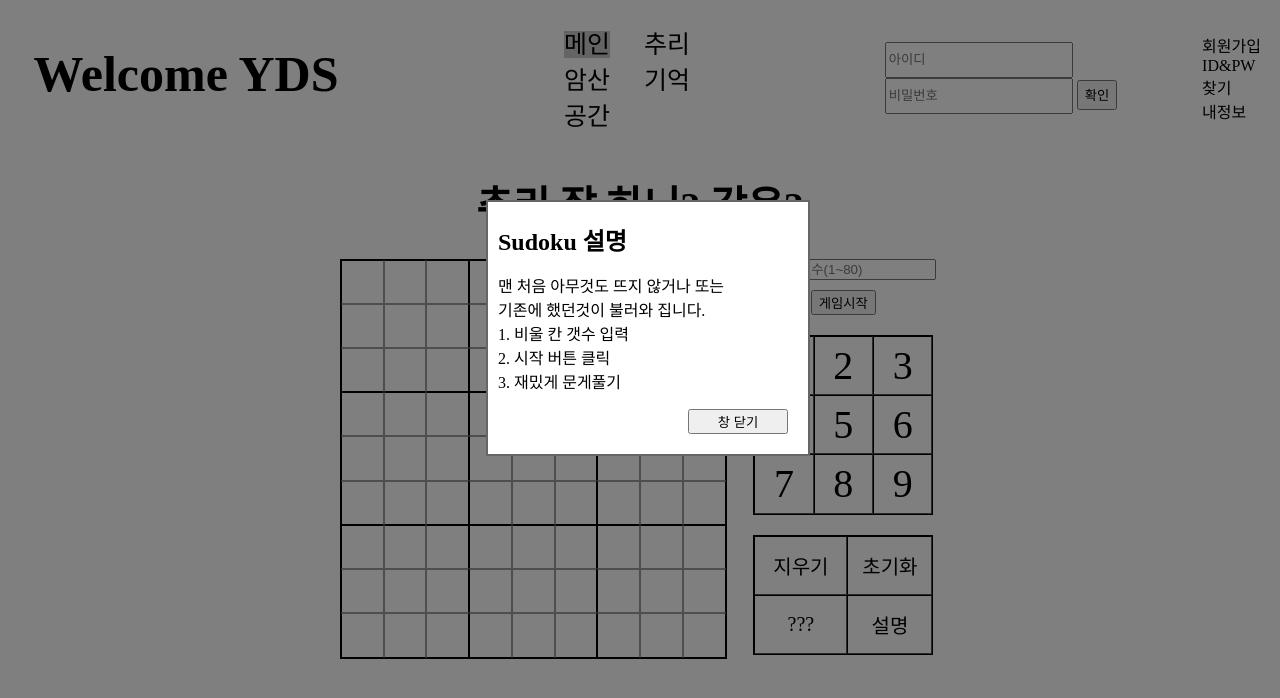
Repository: ejrtn/springbootMaven
Page: deoksu/src/main/resources/static/sudoku.html
The author's editor kept a copy of each file at every save. The page is drawn from the files as they stood at one save, then again after the next save.
The browser window is 1280 px wide. The pictures show the window.
A layer covers the whole window, so only the first screen is drawn.

Above is the page before, as saved 2021-04-10 17:09:12.
Console error: TypeError: Cannot read properties of undefined (reading 'split')

### deoksu/src/main/resources/static/sudoku.html
<!DOCTYPE html>
<html>
<head>
<meta charset="UTF-8">
<title>Insert title here</title>
<link rel="stylesheet" type="text/css" href="header.css">
<style type="text/css">
		#Progress_Loading {width: 300px; height: 300px; position: absolute; display: none; top: 144px;}
        #modal {
          display: none;
          position:absolute;
          width:100%;
          height:100%;
          z-index:9999;
          top: 100px;
        }

        #modal h2 {
          margin:0;
        }
        #modal button {
          display:inline-block;
          width:100px;
          margin-left:calc(100% - 100px - 10px);
        }

        #modal .modal_content {
          width:300px;
          margin:100px auto;
          padding:20px 10px;
          background:#fff;
          border:2px solid #666;
        }

        #modal .modal_layer {
          position:fixed;
          top:0;
          left:0;
          width:100%;
          height:100%;
          background:rgba(0, 0, 0, 0.5);
          z-index:-1;
    	}


	</style>
	<style type="text/css">
		.main_th {border: 1px solid #00000061; width: 11.1%; height: 11.1%; font-size: 25px;}
		.main_th:hover{border: 1px solid #00000061; background-color: #bbdefb; width: 11.1%; height: 11.1%; font-size: 25px;}

 		.main_th_left {border: 1px solid #00000061; border-top-color: black; cursor:pointer; width: 11.1%; height: 11.1%; font-size: 25px;}
 		.main_th_left:hover{border: 1px solid #00000061; border-top-color: black; cursor:pointer; background-color: #bbdefb; width: 11%; height: 11%; font-size: 25px;}

 		.main_th_right {border: 1px solid #00000061; border-bottom-color: black; cursor:pointer; width: 11.1%; height: 11.1%; font-size: 25px;}
 		.main_th_right:hover{border: 1px solid #00000061; border-bottom-color: black; cursor:pointer; background-color: #bbdefb; width: 11%; height: 11%; font-size: 25px;}

		.main_table {width: 400px; height: 400px; border-collapse: separate; border-spacing: 0px; border: 1px solid black; cursor:pointer;}
		.sub1_table {border-collapse: separate; border-spacing: 0px; border: 1px solid black; width: 180px; height: 180px; text-align: center; font-size: 40px; margin-top: 20px; cursor:pointer;}

		.sub2_td {width: 11.1%; height: 11.1%;}
		.sub2_table {border-collapse: separate; border-spacing: 0px; border: 1px solid black; width: 180px; height: 120px; font-size: 20px; text-align: center; margin-top: 20px; cursor:pointer;}
	</style>
	<script src="https://code.jquery.com/jquery-3.5.1.min.js"></script>
	<script src=header.js></script>
	<script type="text/javascript">


		var Initial_value=[];
		var table_ch=00;
		$(function () {
			document.getElementById("modal").style.display="block";
			for(i=0;i<9;i++){
				$(".main_table").append("<tr id='main_tr"+i+"'></tr>");
				for(x=0;x<9;x++){
					if(i==0 || i==3 || i==6){
						$("#main_tr"+i).append("<th class='main_th_left' id='main_th"+i+x+"' onclick='table_click(\""+i+x+"\")'></th>");
					}else if(i==2 || i==5 || i==8){
						$("#main_tr"+i).append("<th class='main_th_right' id='main_th"+i+x+"' onclick='table_click(\""+i+x+"\")'></th>");
					}else{
						$("#main_tr"+i).append("<th class='main_th' sty id='main_th"+i+x+"' onclick='table_click(\""+i+x+"\")'></th>");
					}
					if(x==0 || x==3 || x==6){
						$("#main_th"+i+x).css("border-left-color","black");
					}
					else if(x==2 || x==5 || x==8){
						$("#main_th"+i+x).css("border-right-color","black");
					}
				}
			}
		})
		$(function () {
			if('${open}'!=""){
				var data='${open}';
				var number=data.split("/");
	        	var number2=[]
	        	var data_reset='${open_reset}'
				var number_reset=data_reset.split("/");
	        	for(i=0;i<9;i++){
	        		number2[i]=number[i].split("");
	        		Initial_value[i]=number_reset[i].split("");
	        	}
	        	for(i=0;i<9;i++){
	        		for(x=0;x<9;x++){
	        			if(number2[i][x]!=0){
	        				$("#main_th"+i+x).text(number2[i][x]);
	        			}else{
	        				$("#main_th"+i+x).text("");
	        			}
	        		}
	        	}
			}
		})
		function number_click(d) {
			if(Initial_value[table_ch.split("")[0]][table_ch.split("")[1]]==0){
				$("#main_th"+table_ch).text(d);
				for(i=0;i<9;i++){
					for(x=0;x<9;x++){
						$("#main_th"+i+x).css("color","black");
						if($("#main_th"+i+x).text()==$("#main_th"+table_ch).text() && $("#main_th"+table_ch).text()!=""){
							$("#main_th"+i+x).css("background-color","#bbdefb");
						}else{
							$("#main_th"+i+x).css("background-color","#ffffff");
						}
					}
				}
				table_click(table_ch)
				ch();
				number_string();
			}
		}
		function number_string() {
			var arr="";
			for(i=0;i<9;i++){
				for(x=0;x<9;x++){
					arr+=$("#main_th"+i+x).text();
				}
				arr+="/";
			}
			console.log(arr)
			$.ajax({
				url : "number_click",
	            type : "POST",
	            data : {pad:arr},
	            success : function(data) {

	            },
	            error : function() {
	               	alert('문제 발생')
				}
			});
		}
		function table_click(d) {
			table_ch=d;
			for(i=0;i<9;i++){
				for(x=0;x<9;x++){
					$("#main_th"+i+x).css("background-color","#ffffff");
				}
			}
			for(x=0;x<9;x++){
				$("#main_th"+d.split("")[0]+x).css("background-color","#e2e7ed");
				$("#main_th"+x+d.split("")[1]).css("background-color","#e2e7ed");
			}

			if(d.split("")[0]<3 && d.split("")[1] <3){
				for(i=0;i<3;i++){
					for(x=0;x<3;x++){
						$("#main_th"+i+x).css("background-color","#e2e7ed");
					}
				}
			}else if(d.split("")[0]<3 && d.split("")[1] <6){
				for(i=0;i<3;i++){
					for(x=3;x<6;x++){
						$("#main_th"+i+x).css("background-color","#e2e7ed");
					}
				}
			}else if(d.split("")[0]<3 && d.split("")[1] <9){
				for(i=0;i<3;i++){
					for(x=6;x<9;x++){
						$("#main_th"+i+x).css("background-color","#e2e7ed");
					}
				}
			}

			else if(d.split("")[0]<6 && d.split("")[1] <3){
				for(i=3;i<6;i++){
					for(x=0;x<3;x++){
						$("#main_th"+i+x).css("background-color","#e2e7ed");
					}
				}
			}else if(d.split("")[0]<6 && d.split("")[1] <6){
				for(i=3;i<6;i++){
					for(x=3;x<6;x++){
						$("#main_th"+i+x).css("background-color","#e2e7ed");
					}
				}
			}else if(d.split("")[0]<6 && d.split("")[1] <9){
				for(i=3;i<6;i++){
					for(x=6;x<9;x++){
						$("#main_th"+i+x).css("background-color","#e2e7ed");
					}
				}
			}

			else if(d.split("")[0]<9 && d.split("")[1] <3){
				for(i=6;i<9;i++){
					for(x=0;x<3;x++){
						$("#main_th"+i+x).css("background-color","#e2e7ed");
					}
				}
			}else if(d.split("")[0]<9 && d.split("")[1] <6){
				for(i=6;i<9;i++){
					for(x=3;x<6;x++){
						$("#main_th"+i+x).css("background-color","#e2e7ed");
					}
				}
			}else if(d.split("")[0]<9 && d.split("")[1] <9){
				for(i=6;i<9;i++){
					for(x=6;x<9;x++){
						$("#main_th"+i+x).css("background-color","#e2e7ed");
					}
				}
			}

			$("#main_th"+d).css("background-color","#bbdefb");
			for(i=0;i<9;i++){
				for(x=0;x<9;x++){
					if($("#main_th"+i+x).text()==$("#main_th"+d).text() && $("#main_th"+d).text()!=""){
						$("#main_th"+i+x).css("background-color","#bbdefb");
					}
				}
			}


		}

		function ch() {
			for(y=0;y<9;y++){
				for(z=0;z<9;z++){
					d=y+""+z;
					if($("#main_th"+d).text()!=""){
						for(x=0;x<9;x++){
							m=y+""+x;
							if($("#main_th"+d).text()==$("#main_th"+y+x).text() && d!=m){
								$("#main_th"+d).css("color","red");
								break;
							}
							n=x+""+z;
							if($("#main_th"+d).text()==$("#main_th"+x+z).text() && d!=n){
								$("#main_th"+d).css("color","red");
								break;
							}
						}

						if(y<3 && z <3){
							for(i=0;i<3;i++){
								for(x=0;x<3;x++){
									m=i+""+x;
									if($("#main_th"+d).text()==$("#main_th"+i+x).text() && d!=m){
										$("#main_th"+d).css("color","red");
										break;
									}
								}
							}
						}else if(y<3 && z <6){
							for(i=0;i<3;i++){
								for(x=3;x<6;x++){
									m=i+""+x;
									if($("#main_th"+d).text()==$("#main_th"+i+x).text() && d!=m){
										$("#main_th"+d).css("color","red");
										break;
									}
								}
							}
						}else if(y<3 && z <9){
							for(i=0;i<3;i++){
								for(x=6;x<9;x++){
									m=i+""+x;
									if($("#main_th"+d).text()==$("#main_th"+i+x).text() && d!=m){
										$("#main_th"+d).css("color","red");
										break;
									}
								}
							}
						}

						else if(y<6 && z <3){
							for(i=3;i<6;i++){
								for(x=0;x<3;x++){
									m=i+""+x;
									if($("#main_th"+d).text()==$("#main_th"+i+x).text() && d!=m){
										$("#main_th"+d).css("color","red");
										break;
									}
								}
							}
						}else if(y<6 && z <6){
							for(i=3;i<6;i++){
								for(x=3;x<6;x++){
									m=i+""+x;
									if($("#main_th"+d).text()==$("#main_th"+i+x).text() && d!=m){
										$("#main_th"+d).css("color","red");
										break;
									}
								}
							}
						}else if(y<6 && z <9){
							for(i=3;i<6;i++){
								for(x=6;x<9;x++){
									m=i+""+x;
									if($("#main_th"+d).text()==$("#main_th"+i+x).text() && d!=m){
										$("#main_th"+d).css("color","red");
										break;
									}
								}
							}
						}

						else if(y<9 && z <3){
							for(i=6;i<9;i++){
								for(x=0;x<3;x++){
									m=i+""+x;
									if($("#main_th"+d).text()==$("#main_th"+i+x).text() && d!=m){
										$("#main_th"+d).css("color","red");
										break;
									}
								}
							}
						}else if(y<9 && z <6){
							for(i=6;i<9;i++){
								for(x=3;x<6;x++){
									m=i+""+x;
									if($("#main_th"+d).text()==$("#main_th"+i+x).text() && d!=m){
										$("#main_th"+d).css("color","red");
										break;
									}
								}
							}
						}else if(y<9 && z <9){
							for(i=6;i<9;i++){
								for(x=6;x<9;x++){
									m=i+""+x;
									if($("#main_th"+d).text()==$("#main_th"+i+x).text() && d!=m){
										$("#main_th"+d).css("color","red");
										break;
									}
								}
							}
						}
					}
				}
			}
		}

		function remove(){
			if(Initial_value[table_ch.split("")[0]][table_ch.split("")[1]]==0){
				$("#main_th"+table_ch).text("");
				for(i=0;i<9;i++){
					for(x=0;x<9;x++){
						$("#main_th"+i+x).css("color","black");
					}
				}
				ch();
			}
			number_string();
		}
		function reset(){
			for(i=0;i<9;i++){
        		for(x=0;x<9;x++){
        			$("#main_th"+i+x).css("background-color","#ffffff");
        			$("#main_th"+i+x).css("color","black");
        			if(Initial_value[i][x]!=0){
        				$("#main_th"+i+x).text(Initial_value[i][x]);
        			}else{
        				$("#main_th"+i+x).text("");
        			}
        		}
        	}
			number_string();
		}
		function ok(){
			var left = $("#Welcome_Sudoku").css("width").split("px")[0]/2-150
			$("#Progress_Loading").css("left",left)

			var a=$("#count").val().split("");
			var c=1;
			for(i=0;i<a.length;i++){
				for(x=0;x<10;x++){
					if(a[i]==x){
						break;
					}else if(x==9){
						c=0;
						break;
					}
				}
				if(c==0){
					break;
				}
			}
			if(c==0){
				alert("숫자가 아닌 다른 값이 들어가 있습니다.")
			}else if(!(1<=$("#count").val() && $("#count").val()<=80)){
				alert("숫자 범위값을 넘어갔습니다.\n비울 칸 갯수(1~80)")
			}else if($("#count").val()==""){
				alert("비울 칸 갯수 입력해주세요.\n비울 칸 갯수(1~80)")
			}else{
				$('#Progress_Loading').css("display","block"); //ajax실행시 로딩바를 보여준다.
				$.ajax({
					url : "Allreset",
		            type : "POST",
		            data : {count:$("#count").val()},
		            success : function(data) {
		            	console.log(data)
		            	var number=data.split("/");
		            	var number2=[]
		            	for(i=0;i<9;i++){
		            		number2[i]=number[i].split("");
		            		Initial_value[i]=number[i].split("");
		            	}
		            	for(i=0;i<9;i++){
		            		for(x=0;x<9;x++){
		            			if(number2[i][x]!=0){
		            				$("#main_th"+i+x).text(number2[i][x]);
		            			}else{
		            				$("#main_th"+i+x).text("");
		            			}
		            		}
		            	}
		            	$('#Progress_Loading').css("display","none"); //ajax실행시 로딩바를 보여준다.
		            },
		            error : function() {
		            	$('#Progress_Loading').css("display","none"); //ajax실행시 로딩바를 보여준다.
		               	alert('문제 발생')
					}
				});
			}
		}
	</script>
</head>
<body>
	<div align="center">
		<table>
			<tr>
				<td style="width: 350px;">
					<h1 align="center" style="font-size: 50px; width: 350px; height:66px; cursor: pointer;" onclick="location.href='/'">Welcome YDS</h1>
				</td>
				<td style="padding-left: 200px; padding-right: 100px; width: 450px;">
					<label style="font-size: 25px; cursor: pointer; background-color: #9e9e9e8c; margin-right: 30px;" onclick="location.href='/'">메인</label>
					<label style="font-size: 25px; cursor: pointer; margin-right: 30px;" onclick="location.href='sudoku'">추리</label>
					<label style="font-size: 25px; cursor: pointer; margin-right: 30px;" onclick="location.href='math'">암산</label>
					<label style="font-size: 25px; cursor: pointer; margin-right: 30px;" onclick="location.href='memorization'">기억</label>
					<label style="font-size: 25px; cursor: pointer; margin-right: 30px;" onclick="location.href='space'">공간</label>
				</td>
				<td style="padding-left: 50px; width: 450px;">
					<input type="text" placeholder="아이디" style="height: 30px; width: 180px;">
					<input type="password" placeholder="비밀번호" style="height: 30px; width: 180px;">
					<input type="button" value="확인" style="height: 30px;">
<!-- 					<label>000님 로그인</label><input type="button" value="로그아웃" style="margin-left: 20px;"> -->
				</td>
				<td style="padding-left: 50px; width: 100px;">
					<label onmouseover="join(1)" onmouseout="join(2)" id="join" style="cursor: pointer;" onclick="joinclick()">회원가입</label><br>
					<label onmouseover="idpw(1)" onmouseout="idpw(2)" id="idpw" style="cursor: pointer;" onclick="idpwclick()">ID&PW찾기</label><br>
					<label onmouseover="info(1)" onmouseout="info(2)" id="info" style="cursor: pointer;" onclick="infoclick()">내정보</label><br>
				</td>
			</tr>
		</table>
	</div>
	<div id="Progress_Loading" align="center">
		<!-- 로딩바 -->
      	<img style="width: 300px; height: 300px;" src="images/main_img/Progress_Loading.gif"/>
   	</div>
	<div align="center" style="margin-top: 20px;">
		<h1 align="center"  style="font-size: 40px;">추리 잘 하니? 감은?</h1>
		<div style="display: flex; flex: row; width: 600px;">
			<table class="main_table"></table>
			<div style="margin-left: 20px; width: 200px;" align="center">
				<div>
					<input type="text" id="count" placeholder="비울 칸 갯수(1~80)" >
				</div>
				<div style="margin-top: 10px;">
					<input type="button" value="게임시작" onclick="ok()">
				</div>
				<table class="sub1_table" border="1">
					<tr><td onclick="number_click('1')">1</td><td onclick="number_click('2')">2</td><td onclick="number_click('3')">3</td></tr>
					<tr><td onclick="number_click('4')">4</td><td onclick="number_click('5')">5</td><td onclick="number_click('6')">6</td></tr>
					<tr><td onclick="number_click('7')">7</td><td onclick="number_click('8')">8</td><td onclick="number_click('9')">9</td></tr>
				</table>
				<table class="sub2_table" border="1">
					<tr><td onclick="remove()" class="sub2_td">지우기</td><td onclick="reset()" class="sub2_td">초기화</td></tr>
					<tr><td onclick="" class="sub2_td">???</td><td onclick="tip()" class="sub2_td">설명</td></tr>
				</table>
			</div>
		</div>
	</div>

	<div id="modal">
	    <div class="modal_content">
	        <h2>Sudoku 설명</h2>
	        <p>맨 처음 아무것도 뜨지 않거나 또는<br> 기존에 했던것이 불러와 집니다.<br> 1. 비울 칸 갯수 입력<br> 2. 시작 버튼 클릭<br>3. 재밌게 문게풀기</p>
	        <button type="button" id="modal_close_btn">창 닫기</button>
	    </div>
    	<div class="modal_layer"></div>
	</div>
	<script>
	    document.getElementById("modal_close_btn").onclick = function() {
	        document.getElementById("modal").style.display="none";
	    }
	</script>

	<div id="modal1">
	    <div align="center" style="margin-top: 20px;" class="modal_content">
			<input type="text" placeholder="이름" style="width: 250px; height: 40px; margin-right: 88px; margin-bottom: 10px;"><br>
			<input type="text" placeholder="아이디" style="width: 250px; height: 40px; margin-right: 13px; margin-bottom: 10px;">
			<input type="button" value="중복확인" style="height: 40px;"><br>
			<input type="password" placeholder="패스워드" style="width: 250px; height: 40px; margin-right: 88px; margin-bottom: 10px;"><br>
			<input type="email" placeholder="이메일" style="width: 250px; height: 40px; margin-bottom: 10px;">
			<input type="button" value="인증보내기" style="height: 40px;"><br>
			<input type="text" placeholder="인증번호" style="width: 250px; height: 40px; margin-right: 13px; margin-bottom: 10px;">
			<input type="button" value="인증확인" style="height: 40px;"><br>
			<button type="button" id="modal_close_btn1">창 닫기</button>
		</div>
    	<div class="modal_layer"></div>
	</div>
	<script>
	    document.getElementById("modal_close_btn1").onclick = function() {
	        document.getElementById("modal1").style.display="none";
	    }
	</script>
</body>
</html>

### deoksu/src/main/resources/static/header.css
@charset "UTF-8";

#modal1 {
display: none;
position:absolute;
width:100%;
height:100%;
z-index:9999;
top: 100px;
}

#modal1 button {
display:inline-block;
width:100px;
margin-left:calc(100% - 100px - 10px);
}

#modal1 .modal_content {
width:370px;
margin:100px auto;
padding:20px 10px;
background:#fff;
border:2px solid #666;
}

#modal1 .modal_layer {
position:fixed;
top:0;
left:0;
width:100%;
height:100%;
background:rgba(0, 0, 0, 0.5);
z-index:-1;
}

### deoksu/src/main/resources/static/header.js
function join(a){
	if(a==1)
$("#join").css("background-color","#9e9e9e8c");
	else
$("#join").css("background-color","");
}
function idpw(a){
	if(a==1)
$("#idpw").css("background-color","#9e9e9e8c");
	else
$("#idpw").css("background-color","");
}
function info(a){
	if(a==1)
$("#info").css("background-color","#9e9e9e8c");
	else
$("#info").css("background-color","");
}
function joinclick(){
	document.getElementById("modal1").style.display="block";
}
function idpwclick(){

}
function infoclick(){

}

$(function(){
$("#header").load("header.html")
})

### deoksu/src/main/resources/static/header.html
<!DOCTYPE html>
<html>
<head>
<meta charset="UTF-8">
<title>Insert title here</title>
</head>
<body>
	<table>
		<tr>
			<td style="width: 350px;">
				<h1 align="center" style="font-size: 50px; width: 350px; height:66px; cursor: pointer;" onclick="location.href='/'">Welcome YDS</h1>
			</td>
			<td style="padding-left: 200px; padding-right: 100px; width: 450px;">
				<label style="font-size: 25px; cursor: pointer; margin-right: 30px;" onclick="location.href='/'" id="label_main">메인</label>
				<label style="font-size: 25px; cursor: pointer; margin-right: 30px;" onclick="location.href='sudoku'" id="label_sudoku">추리</label>
				<label style="font-size: 25px; cursor: pointer; margin-right: 30px;" onclick="location.href='math'" id="label_math">암산</label>
				<label style="font-size: 25px; cursor: pointer; margin-right: 30px;" onclick="location.href='memorization'" id="label_memoriztion">기억</label>
				<label style="font-size: 25px; cursor: pointer; margin-right: 30px;" onclick="location.href='space'"  id="label_space">공간</label>
			</td>
				<td style="padding-left: 50px; width: 450px;">
				<input type="text" placeholder="아이디" style="height: 30px; width: 180px;">
				<input type="password" placeholder="비밀번호" style="height: 30px; width: 180px;">
				<input type="button" value="확인" style="height: 30px;">
<!-- 				<label>000님 로그인</label><input type="button" value="로그아웃" style="margin-left: 20px;"> -->
			</td>
			<td style="padding-left: 50px; width: 100px;">
				<label onmouseover="join(1)" onmouseout="join(2)" id="join" style="cursor: pointer;" onclick="joinclick()">회원가입</label><br>
				<label onmouseover="idpw(1)" onmouseout="idpw(2)" id="idpw" style="cursor: pointer;" onclick="idpwclick()">ID&PW찾기</label><br>
				<label onmouseover="info(1)" onmouseout="info(2)" id="info" style="cursor: pointer;" onclick="infoclick()">내정보</label><br>
			</td>
		</tr>
	</table>
</body>
</html>

After the next save:
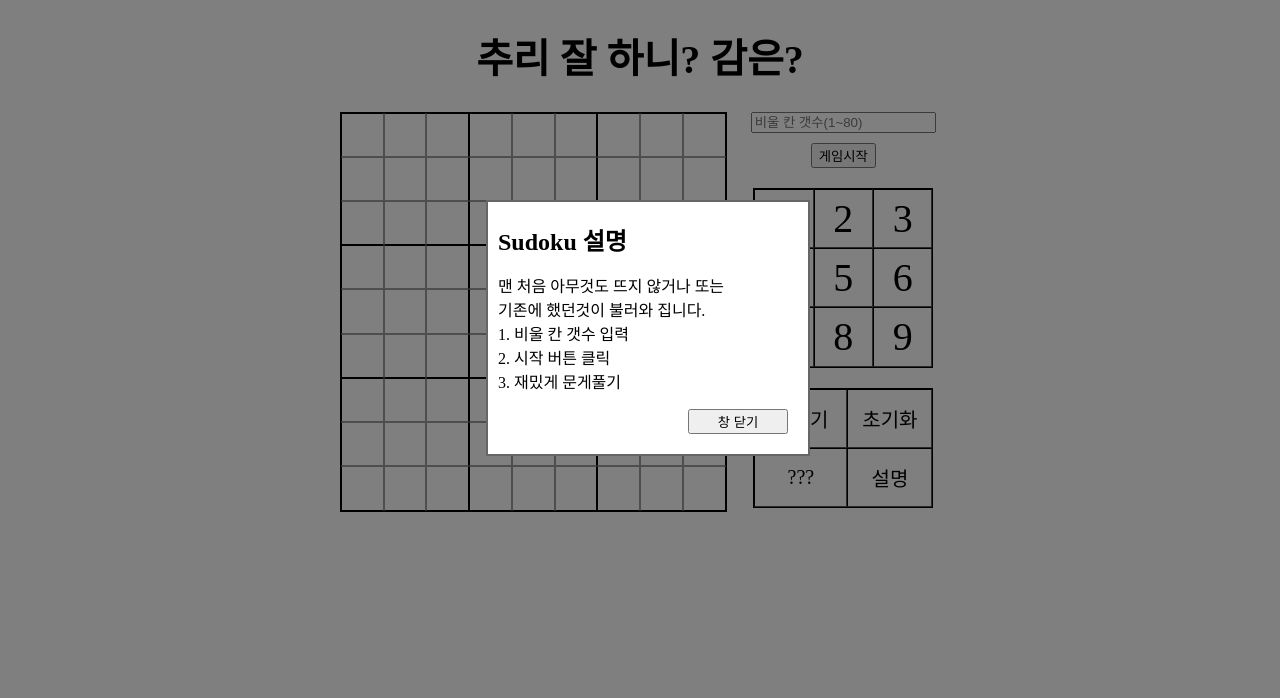
Saved 8 min 27 s later.
--- a/deoksu/src/main/resources/static/sudoku.html
+++ b/deoksu/src/main/resources/static/sudoku.html
@@ -438,31 +438,6 @@
 </head>
 <body>
 	<div align="center">
-		<table>
-			<tr>
-				<td style="width: 350px;">
-					<h1 align="center" style="font-size: 50px; width: 350px; height:66px; cursor: pointer;" onclick="location.href='/'">Welcome YDS</h1>
-				</td>
-				<td style="padding-left: 200px; padding-right: 100px; width: 450px;">
-					<label style="font-size: 25px; cursor: pointer; background-color: #9e9e9e8c; margin-right: 30px;" onclick="location.href='/'">메인</label>
-					<label style="font-size: 25px; cursor: pointer; margin-right: 30px;" onclick="location.href='sudoku'">추리</label>
-					<label style="font-size: 25px; cursor: pointer; margin-right: 30px;" onclick="location.href='math'">암산</label>
-					<label style="font-size: 25px; cursor: pointer; margin-right: 30px;" onclick="location.href='memorization'">기억</label>
-					<label style="font-size: 25px; cursor: pointer; margin-right: 30px;" onclick="location.href='space'">공간</label>
-				</td>
-				<td style="padding-left: 50px; width: 450px;">
-					<input type="text" placeholder="아이디" style="height: 30px; width: 180px;">
-					<input type="password" placeholder="비밀번호" style="height: 30px; width: 180px;">
-					<input type="button" value="확인" style="height: 30px;">
-<!-- 					<label>000님 로그인</label><input type="button" value="로그아웃" style="margin-left: 20px;"> -->
-				</td>
-				<td style="padding-left: 50px; width: 100px;">
-					<label onmouseover="join(1)" onmouseout="join(2)" id="join" style="cursor: pointer;" onclick="joinclick()">회원가입</label><br>
-					<label onmouseover="idpw(1)" onmouseout="idpw(2)" id="idpw" style="cursor: pointer;" onclick="idpwclick()">ID&PW찾기</label><br>
-					<label onmouseover="info(1)" onmouseout="info(2)" id="info" style="cursor: pointer;" onclick="infoclick()">내정보</label><br>
-				</td>
-			</tr>
-		</table>
 	</div>
 	<div id="Progress_Loading" align="center">
 		<!-- 로딩바 -->

After the save that followed:
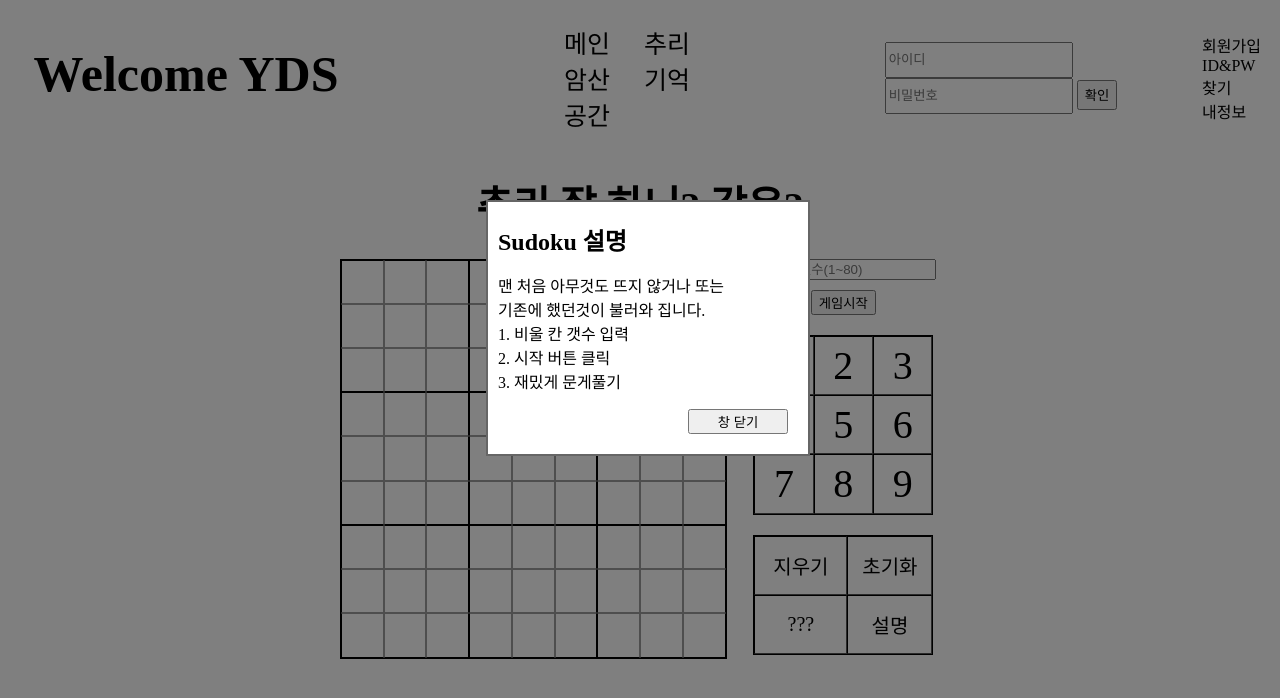
Saved 48 s later.
--- a/deoksu/src/main/resources/static/sudoku.html
+++ b/deoksu/src/main/resources/static/sudoku.html
@@ -437,7 +437,7 @@
 	</script>
 </head>
 <body>
-	<div align="center">
+	<div align="center"  id="header">
 	</div>
 	<div id="Progress_Loading" align="center">
 		<!-- 로딩바 -->
